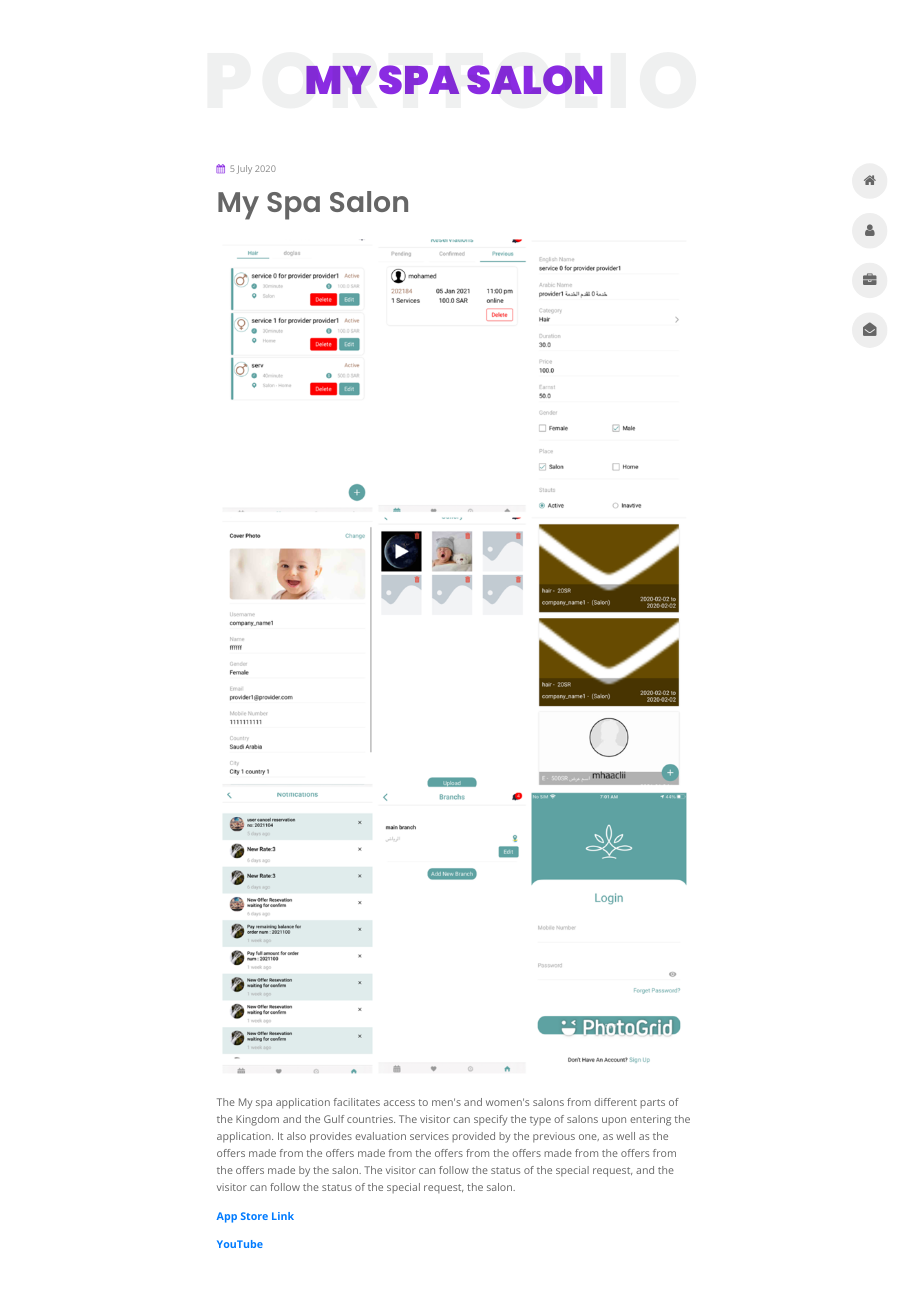
Repository: mhamdimno/mywebsite
Page: projects/myspaclient/index.html
An editor plug-in stored every save of this project. The page is shown before and after the next save, followed by the edit.
The browser window is 1280 px wide. The pictures show the whole page, at 71% of full size.

Above is the page before, as saved 2021-02-01 07:25:18.

### projects/myspaclient/index.html
<!DOCTYPE html>
<html lang="en">

<head>
    <meta charset="utf-8">
    <title>Portfoilio | My Spa Salon</title>
    <meta name="viewport" content="width=device-width, initial-scale=1">

    <!-- Template Google Fonts -->
    <link href="https://fonts.googleapis.com/css?family=Poppins:400,400i,500,500i,600,600i,700,700i,800,800i,900,900i" rel="stylesheet">
    <link href="https://fonts.googleapis.com/css?family=Open+Sans:300,400,400i,600,600i,700" rel="stylesheet">

    <!-- Template CSS Files -->
    <link href="../../css/bootstrap.min.css" rel="stylesheet">
    <link href="../../css/preloader.min.css" rel="stylesheet">
    <link href="../../css/circle.css" rel="stylesheet">
    <link href="../../css/font-awesome.min.css" rel="stylesheet">
    <link href="../../css/fm.revealator.jquery.min.css" rel="stylesheet">
    <link href="../../css/style.css" rel="stylesheet">



    <!-- Modernizr JS File -->
    <script src="../../js/modernizr.custom.js"></script>
</head>

<body class="blog-post light">
<!-- Header Starts -->
<header class="header" id="navbar-collapse-toggle">
    <!-- Fixed Navigation Starts -->
    <ul class="icon-menu d-none d-lg-block revealator-slideup revealator-once revealator-delay1">
        <li class="icon-box">
            <i class="fa fa-home"></i>
            <a href="../../index.html">
                <h2>Home</h2>
            </a>
        </li>
        <li class="icon-box">
            <i class="fa fa-user"></i>
            <a href="../../about.html">
                <h2>About</h2>
            </a>
        </li>
        <li class="icon-box">
            <i class="fa fa-briefcase"></i>
            <a href="../../portfolio.html">
                <h2>Portfolio</h2>
            </a>
        </li>
        <li class="icon-box">
            <i class="fa fa-envelope-open"></i>
            <a href="../../contact.html">
                <h2>Contact</h2>
            </a>
        </li>
    </ul>
    <!-- Fixed Navigation Ends -->
    <!-- Mobile Menu Starts -->
    <nav role="navigation" class="d-block d-lg-none">
        <div id="menuToggle">
            <input type="checkbox" />
            <span></span>
            <span></span>
            <span></span>
            <ul class="list-unstyled" id="menu">
                <li><a href="../../index.html"><i class="fa fa-home"></i><span>Home</span></a></li>
                <li><a href="../../about.html"><i class="fa fa-user"></i><span>About</span></a></li>
                <li><a href="../../portfolio.html"><i class="fa fa-folder-open"></i><span>Portfolio</span></a></li>
                <li><a href="../../contact.html"><i class="fa fa-envelope-open"></i><span>Contact</span></a></li>
            </ul>
        </div>
    </nav>
    <!-- Mobile Menu Ends -->
</header>
<!-- Header Ends -->
<!-- Page Title Starts -->
<section class="title-section text-left text-sm-center revealator-slideup revealator-once revealator-delay1">
    <h1><span>My Spa Salon</span></h1>
    <span class="title-bg">Portfolio</span>
</section>
<!-- Page Title Ends -->
<!-- Main Content Starts -->
<section class="main-content revealator-slideup revealator-once revealator-delay1">
    <div class="container">
        <div class="row">
            <!-- Article Starts -->
            <article class="col-12">
                <!-- Meta Starts -->
                <div class="meta open-sans-font">
                    <span class="date"><i class="fa fa-calendar"></i> 5 July 2020</span>
                    <span></span>
                </div>
                <!-- Meta Ends -->
                <!-- Article Content Starts -->
                <h1 class="text-uppercase text-capitalize">My Spa Salon</h1>
                <img src="../../img/projects/myspasalon.jpg" class="img-fluid" alt="Blog image"/>
                <div class="blog-excerpt open-sans-font pb-5">
                    <p>
                        The My spa application facilitates access to men's and women's salons from different parts of the Kingdom and the Gulf countries. The visitor can specify the type of salons upon entering the application. It also provides evaluation services provided by the previous one, as well as the offers made from the offers made from the offers from the offers made from the offers from the offers made by the salon. The visitor can follow the status of the special request, and the visitor can follow the status of the special request, the salon.
                                                         </p>

                        <strong><a href="https://apps.apple.com/eg/app/myspasalon/id1536928703" target="_blank">App Store Link</a></strong>

                        <!--<div class="videoWrapper">
                            <iframe width="560" height="349" src="https://www.youtube.com/watch?v=rwyUKQitc4o&feature=youtu.be" frameborder="0" allowfullscreen></iframe>
                          </div>-->
                    </p>
                    <p>
                        <strong><a href="https://youtu.be/JIrGJv8Q01Y" target="_blank">YouTube</a></strong>

                        <!--<div class="videoWrapper">
                            <iframe width="560" height="349" src="https://www.youtube.com/watch?v=rwyUKQitc4o&feature=youtu.be" frameborder="0" allowfullscreen></iframe>
                          </div>-->
                    </p>

                </div>
                <!-- Article Content Ends -->
            </article>
            <!-- Article Ends -->
        </div>
    </div>
</section>
<!-- Template JS Files -->
<script src="../../js/jquery-3.5.0.min.js"></script>
<script src="../../js/styleswitcher.js"></script>
<script src="../../js/preloader.min.js"></script>
<script src="../../js/fm.revealator.jquery.min.js"></script>
<script src="../../js/imagesloaded.pkgd.min.js"></script>
<script src="../../js/masonry.pkgd.min.js"></script>
<script src="../../js/classie.js"></script>
<script src="../../js/cbpGridGallery.js"></script>
<script src="../../js/jquery.hoverdir.js"></script>
<script src="../../js/popper.min.js"></script>
<script src="../../js/bootstrap.js"></script>
<script src="../../js/custom.js"></script>

</body>

</html>

Loaded but not shown: css/bootstrap.min.css (library); css/preloader.min.css (common file); css/font-awesome.min.css (library); css/fm.revealator.jquery.min.css (common file); js/modernizr.custom.js (library); js/jquery-3.5.0.min.js (library); js/preloader.min.js (common file); js/fm.revealator.jquery.min.js (common file); js/imagesloaded.pkgd.min.js (library); js/masonry.pkgd.min.js (library); js/jquery.hoverdir.js (library); js/popper.min.js (library); js/bootstrap.js (library); js/cbpGridGallery.js (364 lines, source omitted); js/styleswitcher.js (218 lines, source omitted); js/custom.js (142 lines, source omitted); js/classie.js (68 lines, source omitted); css/style.css (1791 lines, source omitted); css/circle.css (1054 lines, source omitted)

After the next save:
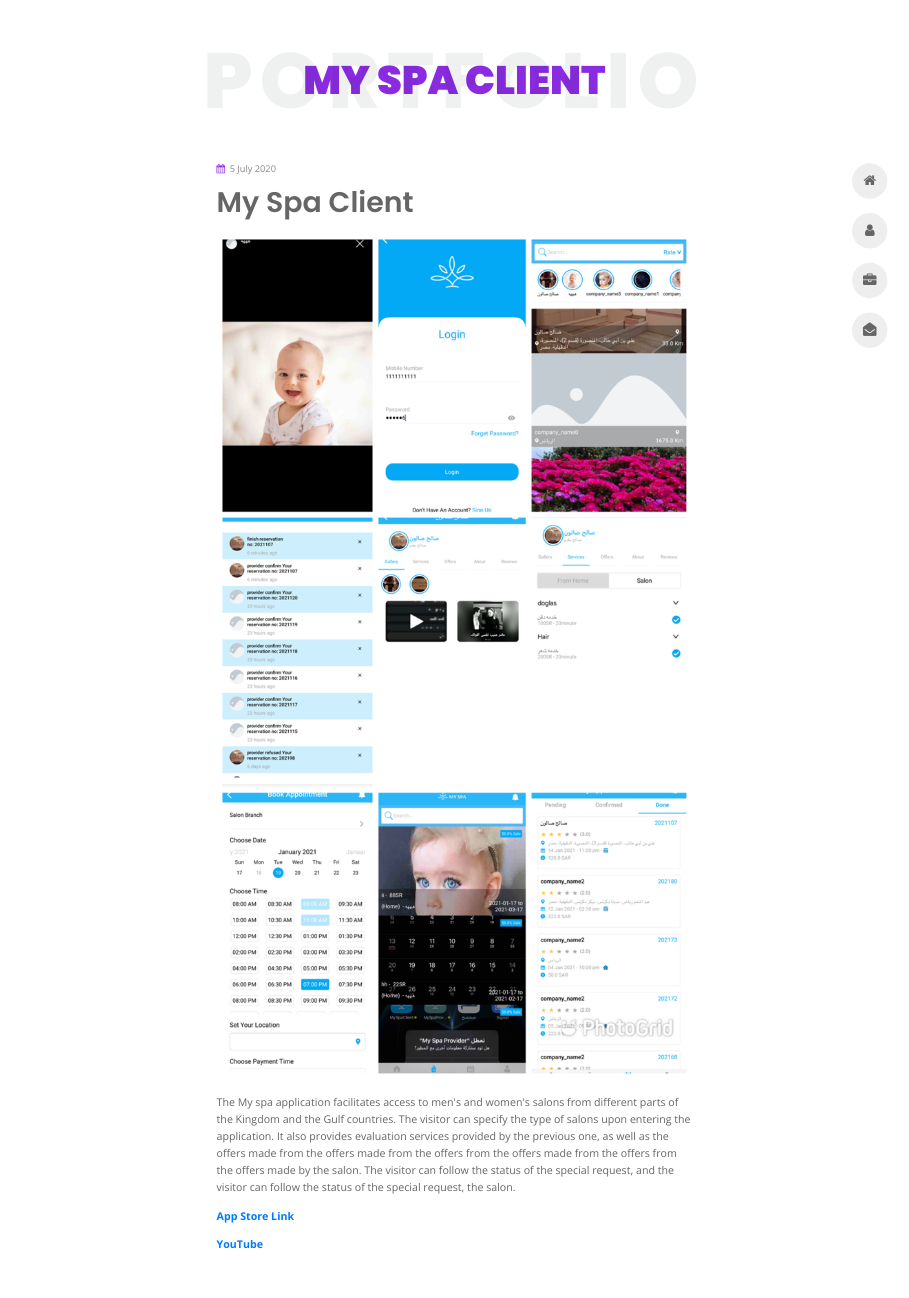
Saved 7 min 42 s later.
--- a/projects/myspaclient/index.html
+++ b/projects/myspaclient/index.html
@@ -3,7 +3,7 @@
 
 <head>
     <meta charset="utf-8">
-    <title>Portfoilio | My Spa Salon</title>
+    <title>Portfoilio | My Spa Client</title>
     <meta name="viewport" content="width=device-width, initial-scale=1">
 
     <!-- Template Google Fonts -->
@@ -75,7 +75,7 @@
 <!-- Header Ends -->
 <!-- Page Title Starts -->
 <section class="title-section text-left text-sm-center revealator-slideup revealator-once revealator-delay1">
-    <h1><span>My Spa Salon</span></h1>
+    <h1><span>My Spa Client</span></h1>
     <span class="title-bg">Portfolio</span>
 </section>
 <!-- Page Title Ends -->
@@ -92,21 +92,22 @@
                 </div>
                 <!-- Meta Ends -->
                 <!-- Article Content Starts -->
-                <h1 class="text-uppercase text-capitalize">My Spa Salon</h1>
-                <img src="../../img/projects/myspasalon.jpg" class="img-fluid" alt="Blog image"/>
+                <h1 class="text-uppercase text-capitalize">My Spa Client</h1>
+                <img src="../../img/projects/myspaclient.jpg" class="img-fluid" alt="Blog image"/>
                 <div class="blog-excerpt open-sans-font pb-5">
                     <p>
                         The My spa application facilitates access to men's and women's salons from different parts of the Kingdom and the Gulf countries. The visitor can specify the type of salons upon entering the application. It also provides evaluation services provided by the previous one, as well as the offers made from the offers made from the offers from the offers made from the offers from the offers made by the salon. The visitor can follow the status of the special request, and the visitor can follow the status of the special request, the salon.
                                                          </p>
+                                                        </p>
 
-                        <strong><a href="https://apps.apple.com/eg/app/myspasalon/id1536928703" target="_blank">App Store Link</a></strong>
+                        <strong><a href="https://apps.apple.com/eg/app/my-spa-salon/id1546362581" target="_blank">App Store Link</a></strong>
 
                         <!--<div class="videoWrapper">
                             <iframe width="560" height="349" src="https://www.youtube.com/watch?v=rwyUKQitc4o&feature=youtu.be" frameborder="0" allowfullscreen></iframe>
                           </div>-->
                     </p>
                     <p>
-                        <strong><a href="https://youtu.be/JIrGJv8Q01Y" target="_blank">YouTube</a></strong>
+                        <strong><a href="https://youtu.be/VdTGO9xxX40" target="_blank">YouTube</a></strong>
 
                         <!--<div class="videoWrapper">
                             <iframe width="560" height="349" src="https://www.youtube.com/watch?v=rwyUKQitc4o&feature=youtu.be" frameborder="0" allowfullscreen></iframe>
